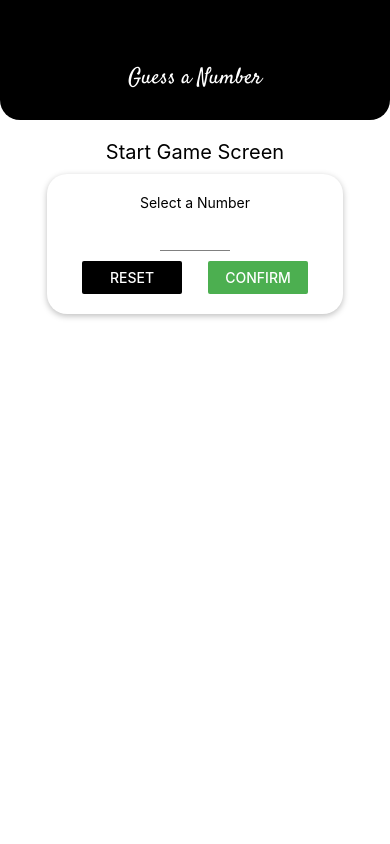
Repository: oguzhan18m/react-native-guess-number-game
Screen: /
The author's editor kept a copy of each file at every save. The screen is drawn from the files as they stood at one save, then again after the next save.
The app was drawn by React Native's web renderer in a window 390 px wide. The project was rebuilt for these pictures with package versions that can differ from the ones it lists, and the page was loaded fresh each time. Some packages were replaced by stand-ins written for this rebuild. Also part of the build but not shown: screens/GameScreen.js, screens/GameOver.js.

Above is the screen before, as saved 2021-03-04 23:13:56.

### App.js
import React, { useState } from 'react';
import { StyleSheet, Text, View } from 'react-native';
import Header from './components/Header';
import StartGameScreen from './screens/StartGameScreen';
import GameScreen from './screens/GameScreen';
import GameOver from './screens/GameOver';
import * as Font from 'expo-font';
import { useFonts } from 'expo-font';
import AppLoading from 'expo-app-loading';

const fetchFonts = () => {
  return Font.loadAsync({
    'Satisfy' : require('./assets/fonts/Satisfy-Regular.ttf'),
  })
}

export default function App() {
  const [userNumber, setUserNumber] = useState();
  const [guessRounds, setGuessRounds] = useState(0);
  const [dataLoaded , setDataLoaded] = useState(false);


  if(!dataLoaded){
    return (
      <AppLoading startAsync={fetchFonts}  onFinish={() => setDataLoaded(true)}  onError={(err)=>console.log(err)} />
    )
  }


  const configureNewGameHandler = () =>{
    setGuessRounds(0);
    setUserNumber(null);
  }

  const startGameHandler = (selectedNum) =>{
    setUserNumber(selectedNum);
  }

    const gameOverHandler = (numOfRounds) =>{
      setGuessRounds(numOfRounds);
  }

  let content = <StartGameScreen onStartGame={startGameHandler} />;

  console.log(userNumber);

  if(userNumber && guessRounds <=0 ){
    content=<GameScreen userChoice={userNumber} onGameOver={gameOverHandler} />
  }else if(guessRounds >0){
    content= <GameOver roundsNumber={guessRounds} userNumber={userNumber} configureNewGameHandler={configureNewGameHandler} />;
  }
  return (
    <View style={styles.screen}>
      <Header title='Guess a Number' />
      {content}
    </View>
  );
}

const styles = StyleSheet.create({
  screen:{
    flex:1,

  }
});

### components/Header.js
import React from 'react';
import { StyleSheet, Text, View } from 'react-native';
import Colors from '../constants/Colors';

const Header = (props) => {
    return (
        <View style={styles.header}>
            <Text style={styles.headerTitle}>{props.title}</Text>

        </View>
    )
}

const styles = StyleSheet.create({
    header:{
        width:'100%',
        height:120,
        paddingTop:36,
        backgroundColor:'black',
        alignItems:'center',
        justifyContent:'center',
        borderBottomLeftRadius:20,
        borderBottomRightRadius:20,
    },
    headerTitle:{
        color:'white',
        fontSize:22,
        fontFamily:'Satisfy',

    }
});

export default Header;

### screens/StartGameScreen.js
import React, { useState } from 'react';
import { Button, StyleSheet, Text, View, TouchableWithoutFeedback, Keyboard, Alert } from 'react-native';
import Card from '../components/Card';
import Input from '../components/Input';
import Colors from '../constants/Colors';

const StartGameScreen = (props) => {
    const [ enteredValue, setEnteredValue] = useState('');
    const [ confirmed, setConfirmed] = useState(false);
    const [ selectedNumber, setSelectedNumber] = useState();



    const numberInputHandler = (inputText) =>{
        setEnteredValue(inputText);
    }

    const resetInputHandler = () =>{
        setEnteredValue('');
        setConfirmed(false);
    }

    const confirmInputHandler = () =>{
        const chosenNumber = parseInt(enteredValue);
        if(chosenNumber === NaN || chosenNumber <= 0 || chosenNumber > 99 ){
            Alert.alert('Invalid Number!' , 'Number has to be between 1 and 99.' ,[{text:'Okay', style:'destructive', onPress:resetInputHandler}]);
            return ;
        }
        setConfirmed(true);
        setSelectedNumber(chosenNumber);
        setEnteredValue('');
        Keyboard.dismiss()
    }

    let confirmedOutput;
    if(confirmed){
        confirmedOutput = (
            <Card style={styles.summaryContainer}>
                <Text>You selected</Text>
                <View style={styles.numberContainer}>
                    <Text style={styles.theNumber}>{selectedNumber}</Text>
                </View>
                <Button title='START GAME' onPress={()=> props.onStartGame(selectedNumber)} />
            </Card>
        )
    }
    return (
        <TouchableWithoutFeedback onPress={()=>Keyboard.dismiss()}>
        <View style={styles.screen}>
            <Text style={styles.title}>Start Game Screen</Text>
            <Card style={styles.inputContainer}>
                <Text>Select a Number</Text>
                <Input  style={styles.input}
                blurOnSubmit
                autoCapitalize='none'
                autoCorrect={false}
                keyboardType='number-pad'
                maxLength={2}
                onChangeText={numberInputHandler}
                value={enteredValue}
                />
                <View style={styles.buttonContainer}>
                    <View style={styles.button}>
                    <Button title='Reset' onPress={resetInputHandler} color={Colors.accent} />
                    </View>
                    <View style={styles.button}>
                    <Button title='Confirm' onPress={confirmInputHandler} color={Colors.primary} />
                    </View>
                </View>
            </Card>
            {confirmedOutput}
        </View>
        </TouchableWithoutFeedback>
    )
}

const styles = StyleSheet.create({
    screen : {
        flex:1,
        padding:10,
        alignItems:'center',

    },
    title:{
        fontSize:20,
        marginVertical:10,

    },
    buttonContainer:{
        flexDirection:'row',
        alignItems:'center',
        justifyContent:'space-between',
        width:'100%',
        paddingHorizontal:15,
    },
    inputContainer:{
        width:300,
        maxWidth:'80%',
        alignItems:'center',
    },
    button: {
        width:100,
    },
    input:{
        width:70,
        textAlign:'center',
    },
    summaryContainer:{
        marginTop:20,
        alignItems:'center',

    },
    numberContainer:{
        borderWidth:5,
        borderColor: Colors.accent,
        padding:10,
        borderRadius:10,
        marginVertical:10,
        alignItems:'center',
        justifyContent:'center',
    },
    theNumber:{
        color:Colors.accent,
        fontSize:22,
    }

});

export default StartGameScreen;

### constants/Colors.js
export default {
    primary:'#4CAF50',
    accent:'black',
}

### components/Card.js
import React from 'react';
import { Button, StyleSheet, Text, TextInput, View } from 'react-native';

const Card = (props) => {
    return (
        <View style={{...styles.card, ...props.style}}>
            {props.children}
        </View>
    )
}



const styles = StyleSheet.create({
    card:{
        shadowColor:'black',
        shadowOffset:{width:0, height:2},
        shadowRadius:6,
        shadowOpacity:0.26,
        backgroundColor:'white',
        elevation:5,
        padding:20,
        borderRadius:20,
    }
});
export default Card;

### components/Input.js
import React from 'react';
import { Button, StyleSheet, Text, TextInput, View } from 'react-native';

const Input = (props) => {
    return (
            <TextInput {...props} style={{...styles.input , ...props.style }} />
    )
};


const styles = StyleSheet.create({
    input:{
        height:30,
        borderBottomColor:'grey',
        borderBottomWidth:1,
        marginVertical:10,
    }
});

export default Input;

After the next save:
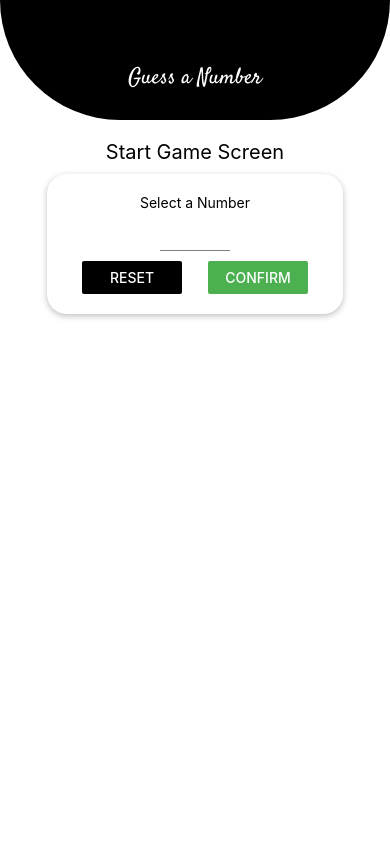
Saved 15 s later.
--- a/components/Header.js
+++ b/components/Header.js
@@ -19,8 +19,8 @@ const styles = StyleSheet.create({
         backgroundColor:'black',
         alignItems:'center',
         justifyContent:'center',
-        borderBottomLeftRadius:20,
-        borderBottomRightRadius:20,
+        borderBottomLeftRadius:120,
+        borderBottomRightRadius:120,
     },
     headerTitle:{
         color:'white',
